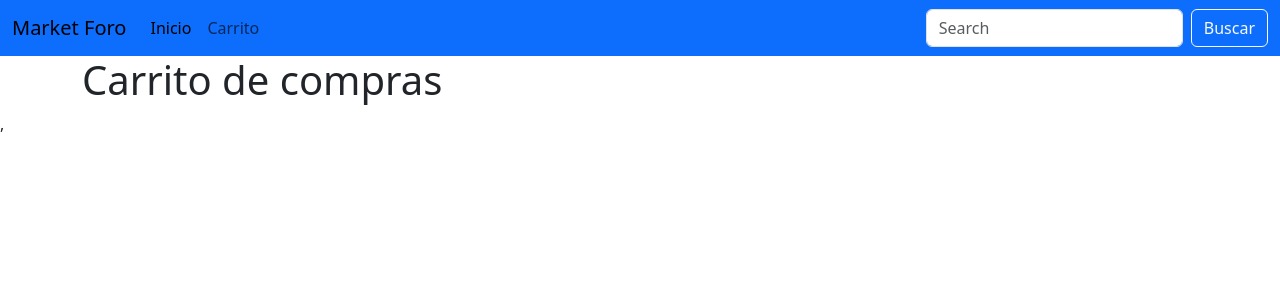
Repository: ikabeee/shopping-car
Page: /cart
The author's editor kept a copy of each file at every save. The page is drawn from the files as they stood at one save, then again after the next save.
The browser window is 1280 px wide. The pictures show the whole page.
The project was rebuilt for these pictures with package versions that can differ from the ones it lists, and the page was loaded fresh each time. Also part of the build but not shown: vite.config.ts, src/pages/Home.tsx, src/pages/About.tsx.

Above is the page before, as saved 2024-10-18 14:22:19.

### index.html
<!doctype html>
<html lang="en">
  <head>
    <meta charset="UTF-8" />
    <link rel="icon" type="image/svg+xml" href="/vite.svg" />
    <meta name="viewport" content="width=device-width, initial-scale=1.0" />
    <title>Carrito de Compras</title>
  </head>
  <body>
    <div id="root"></div>
    <script type="module" src="/src/main.tsx"></script>
  </body>
</html>

### src/main.tsx
import { StrictMode } from 'react'
import { createRoot } from 'react-dom/client'
import App from './App.tsx'
import { BrowserRouter } from 'react-router-dom'


createRoot(document.getElementById('root')!).render(
  <BrowserRouter>
    <StrictMode>
      <App />
    </StrictMode>,
  </BrowserRouter>
)

### src/App.tsx

//Importar los estilos de bootstrap7

import 'bootstrap/dist/css/bootstrap.min.css';
import { Route, Routes } from 'react-router-dom';

import Header from './components/Header'
import Home from './pages/Home';
import Cart from './pages/Cart';
import About from './pages/About';




function App() {


  return (
    <>
      <Header/>
      <Routes>
        <Route path='/' element={<Home/>}/>
        <Route path='/cart' element={<Cart/>}/>
        <Route path='/about-us' element={<About/>} />
      </Routes>

    </>
  )
}

export default App

### src/components/Header.tsx

const Header = () => {

    return (
        <>
            <nav className="navbar navbar-expand-lg bg-primary">
                <div className="container-fluid">
                    <a className="navbar-brand" href="#"> Market Foro </a>
                    <div className="collapse navbar-collapse" id="navbarTogglerDemo02">
                        <ul className="navbar-nav me-auto mb-2 mb-lg-0">
                            <li className="nav-item">
                                <a className="nav-link active" aria-current="page" href="#"> Inicio </a>
                            </li> <li className="nav-item">
                                <a className="nav-link" href="#"> Carrito </a>
                            </li> </ul> <div className="d-flex" role="search">
                            <input className="form-control me-2" type="search" placeholder="Search" aria-label="Search" />
                            <button className="btn btn-outline-light" > Buscar </button>
                        </div>
                    </div>
                </div>
            </nav>
        </>
    )
}

export default Header

### src/pages/Cart.tsx
const Cart = () => {
    return (
        <>
            <h1 className=''>
                <div className="container">
                    Carrito de compras
                </div>
            </h1>

        </>
    )
}

export default Cart

After the next save:
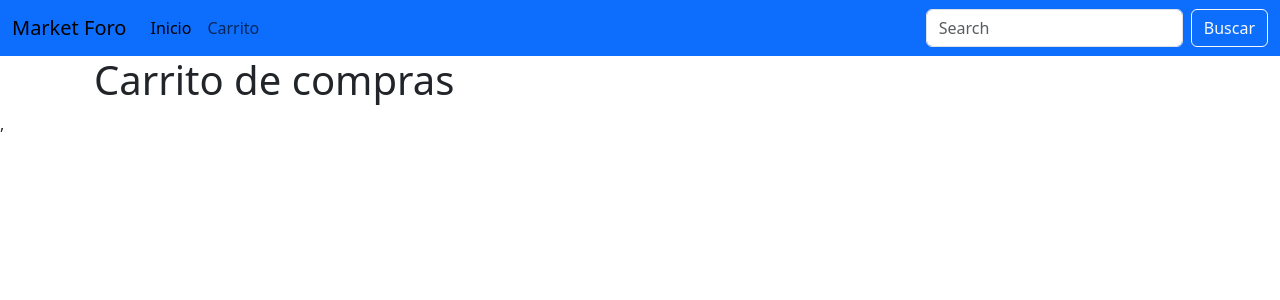
Saved 4 s later.
--- a/src/pages/Cart.tsx
+++ b/src/pages/Cart.tsx
@@ -1,7 +1,7 @@
 const Cart = () => {
     return (
         <>
-            <h1 className=''>
+            <h1 className='container'>
                 <div className="container">
                     Carrito de compras
                 </div>
